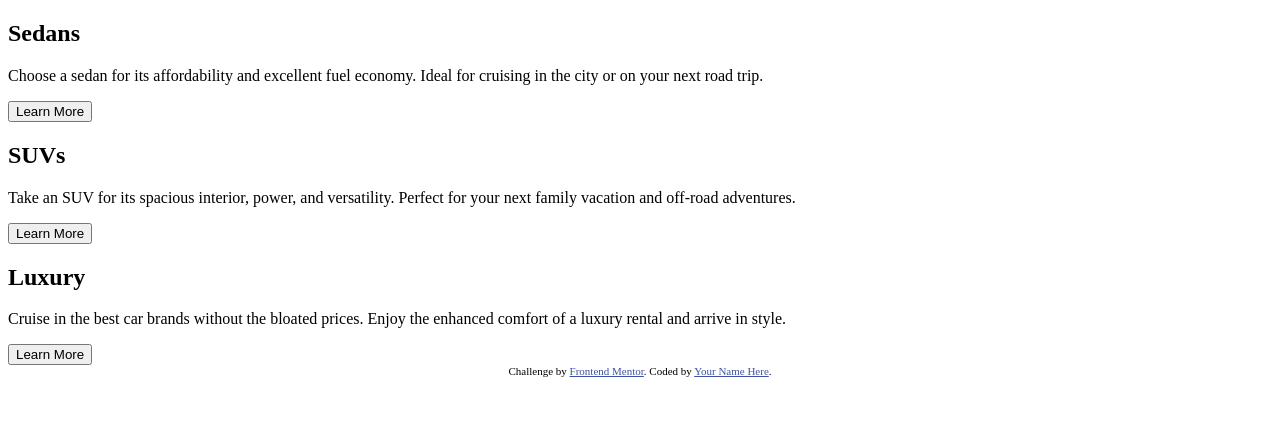
Repository: viniciussnt/3-column-preview-card
Page: index.html
An editor plug-in stored every save of this project. The page is shown before and after the next save, followed by the edit.
The browser window is 1280 px wide. The pictures show the whole page.

Above is the page before, as saved 2023-09-15 10:21:57.

### index.html
<!DOCTYPE html>
<html lang="en">
<head>
  <meta charset="UTF-8">
  <meta name="viewport" content="width=device-width, initial-scale=1.0">
  <link rel="icon" type="image/png" sizes="32x32" href="./images/favicon-32x32.png">
  <link rel="stylesheet" href="./styles/style.css">

  <title>Frontend Mentor | 3-column preview card component</title>

  <!-- Feel free to remove these styles or customise in your own stylesheet 👍 -->
  <style>
    .attribution { font-size: 11px; text-align: center; }
    .attribution a { color: hsl(228, 45%, 44%); }
  </style>
</head>
<body>
  <div class="container">
      <section class="sedans">
        <div class="img-box"></div>
        <h1 class="title">Sedans</h1>
        <p>Choose a sedan for its affordability and excellent fuel economy. Ideal for cruising in the city
          or on your next road trip.</p>

          <button>Learn More</button>
      </section>

      <section class="suvs">
        <div class="img-box"></div>
        <h1 class="title">SUVs</h1>
        <p>Take an SUV for its spacious interior, power, and versatility. Perfect for your next family vacation
          and off-road adventures.</p>

          <button>Learn More</button>
      </section>

      <section class="luxury">
        <div class="img-box"></div>
        <h1 class="title">Luxury</h1>
        <p>Cruise in the best car brands without the bloated prices. Enjoy the enhanced comfort of a luxury
          rental and arrive in style.</p>

          <button>Learn More</button>
      </section>
  </div>

  <div class="attribution">
    Challenge by <a href="https://www.frontendmentor.io?ref=challenge" target="_blank">Frontend Mentor</a>.
    Coded by <a href="#">Your Name Here</a>.
  </div>
</body>
</html>

Loaded but not shown: styles/style.css (no stored copy; drawn as an empty file)

After the next save:
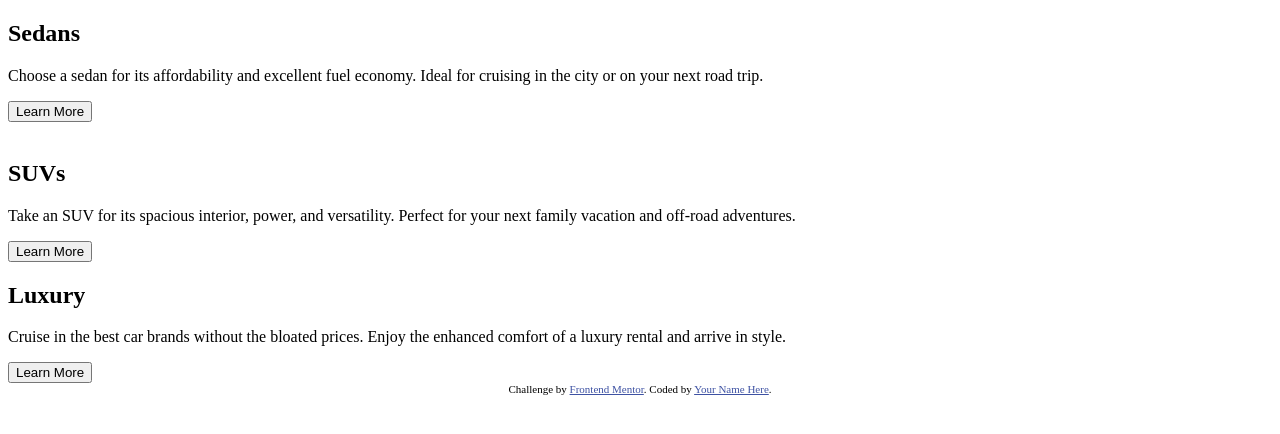
Saved 33 s later.
--- a/index.html
+++ b/index.html
@@ -26,7 +26,9 @@
       </section>
 
       <section class="suvs">
-        <div class="img-box"></div>
+        <div class="img-box">
+          <img src="" alt="">
+        </div>
         <h1 class="title">SUVs</h1>
         <p>Take an SUV for its spacious interior, power, and versatility. Perfect for your next family vacation
           and off-road adventures.</p>
